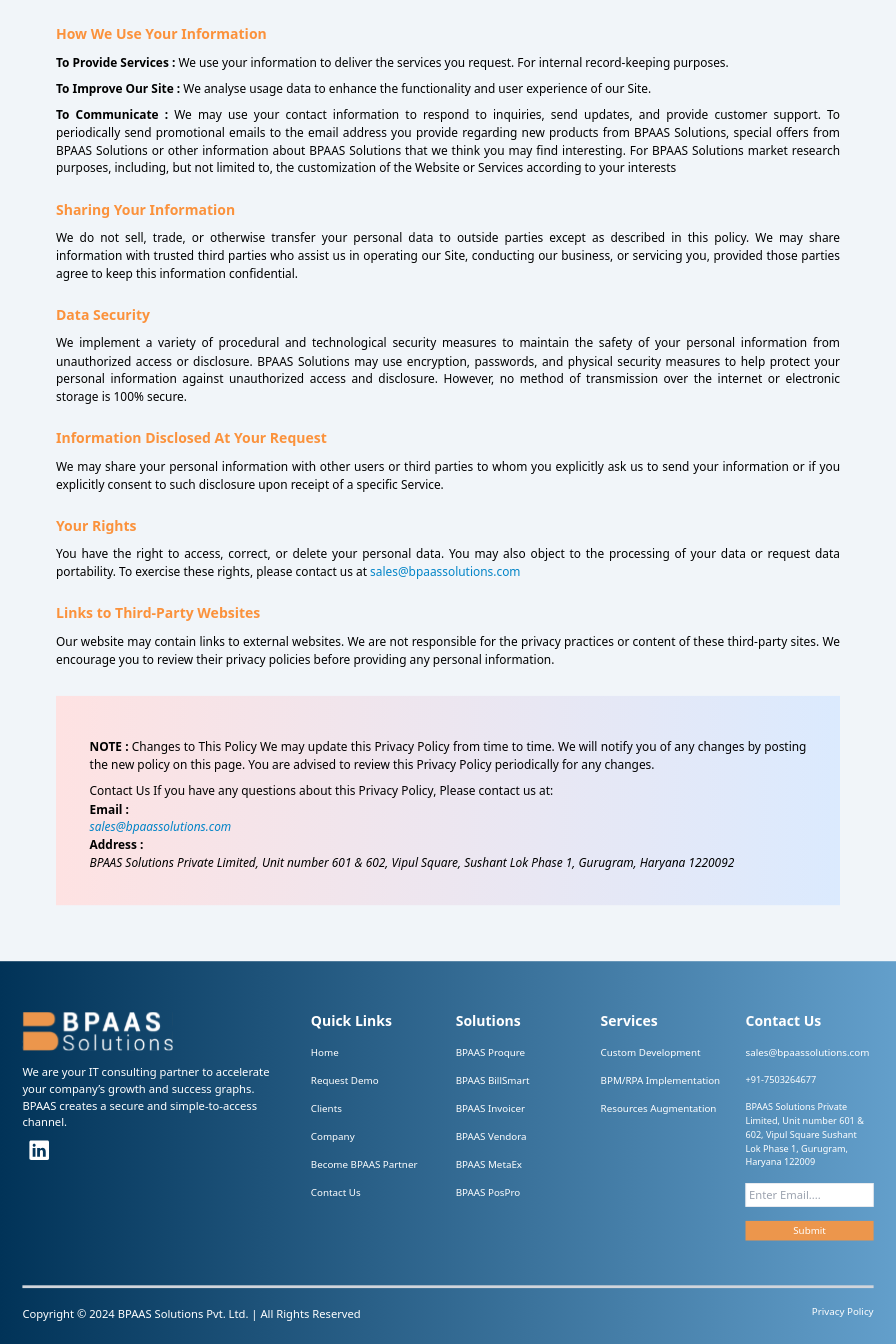
Repository: captainalpha/BP-Website
Page: /services/bp-services
An editor plug-in stored every save of this project. The page is shown before and after the next save, followed by the edit.
The browser window is 1280 px wide. The pictures show the part of the page from y = 1173 to 3093 px (the page is 3093 px tall), at 70% of full size.
The project was rebuilt for these pictures with package versions that can differ from the ones it lists, and the page was loaded fresh each time. The framework's server and built-in components were replaced by stand-ins that run in the browser. Also part of the build but not shown: next.config.js, components/common/TopBanner.js, components/common/SectionHeader.js.

Above is the page before, as saved 2024-08-13 16:24:35.

### pages/_app.js
import Navbar from "../components/common/Navbar";
import "../styles/globals.css";
import Footer from "../components/common/Footer";

import "swiper/css";
import "swiper/css/navigation";
import "swiper/css/pagination";



import { motion, AnimatePresence } from "framer-motion";
import CookiesMain from "../components/common/CookiesMain";

// import styles from './slider.module.scss'
function MyApp({ Component, pageProps, router }) {
  const spring = {
    type: "spring",
    damping: 20,
    stiffness: 100,
    when: "afterChildren",
  };
  return (
    <>
      <div className="z-50 scroll-smooth">
        <Navbar />
      </div>
      <AnimatePresence>
        <div className="page-transition-wrapper">
          <motion.div
            transition={spring}
            key={router.pathname}
            initial={{ y: -300, opacity: 0 }}
            animate={{ y: 0, opacity: 1 }}
            exit={{ y: 300, opacity: 0 }}
            id="page-transition-container"
          >
            <Component {...pageProps} /> <Footer />{" "}
            <CookiesMain/>
          </motion.div>
        </div>
      </AnimatePresence>
    </>
  );
}

export default MyApp;

### pages/services/bp-services.js
import TopBanner from "../../components/common/TopBanner";
import SectionHeader from "../../components/common/SectionHeader";
import TopBanner2 from "../../components/common/TopBanner2";
import Image from "next/image";
import Link from "next/link";

function BpServices() {
  return (
    <div>
      <div className="relative">
        <TopBanner2
          image={"/images/policy-service2.jpg"}
          title="Privacy Policy"
          discription="This Privacy Policy explains how we collect, use, disclose, and safeguard your information when you visit our website."
          btnShow={false}
        />
        <div className="absolute top-[1em] right-[10em]">
          <Image
            src="/images/privacypolicy2.png"
            className="w-1/2 mx-auto"
            width="500"
            height="500"
            alt="customer-developement"
          />
        </div>
      </div>

      <div className=" bg-slate-100  p-[5em]">
        <div className="container mx-auto max-w-6xl">
          <div className="text-left">
            <h1 className="lg:text-4xl text-3xl font-bold capitalize ">
              <span>Privacy</span>{" "}
              <span className="text-[#fb923c]">Statement</span>
            </h1>
          </div>

          <div className="mt-5">
            <p className="text-[17px] text-justify">
              Effective Date: 12th Aug 2024 <br />
              <br /> BPAAS Solutions Pvt. Ltd. (&ldquo;we,&rdquo;
              &ldquo;our,&rdquo; &ldquo;us&rdquo;) is committed to protecting
              your privacy. This Privacy Policy explains how we collect, use,
              disclose, and safeguard your information when you visit our
              website&nbsp;
              <Link passHref href="/">
                <a className="text-sky-600 hover:text-[#fb923c]">
                  bpaassolutions.com
                </a>
              </Link>
              . Please read this policy carefully to understand our views and
              practices regarding your personal data.
            </p>
          </div>

          <div className="mt-[2em]">
            <h1 className="text-[20px] font-bold text-[#fb923c]">
              Information We Collect
            </h1>
            <p className="text-[17px] text-justify mt-3">
              &ldquo;Personal data&rdquo; is defined to include information that
              whether on its own or in combination with other information may be
              used to readily identify or contact you such as: name, address,
              email address, phone number etc.
            </p>
            <p className="text-[17px] text-justify mt-3">
              <b>Personal Data :</b> We may collect personal identification
              information (such as name, email address, phone number) when you
              voluntarily submit it through our Site.
            </p>
            <p className="text-[17px] text-justify mt-3">
              <b>Usage Data :</b> We automatically collect information about
              your interaction with our Site, including IP address, browser
              type, operating system, and pages visited.
            </p>
          </div>

          <div className="mt-[2em]">
            <h1 className="text-[20px] font-bold text-[#fb923c]">
              How We Use Your Information
            </h1>
            <p className="text-[17px] text-justify mt-3">
              <b>To Provide Services :</b> We use your information to deliver
              the services you request. For internal record-keeping purposes.
            </p>
            <p className="text-[17px] text-justify mt-3">
              <b>To Improve Our Site :</b> We analyse usage data to enhance the
              functionality and user experience of our Site.
            </p>
            <p className="text-[17px] text-justify mt-3">
              <b>To Communicate :</b> We may use your contact information to
              respond to inquiries, send updates, and provide customer support.
              To periodically send promotional emails to the email address you
              provide regarding new products from BPAAS Solutions, special
              offers from BPAAS Solutions or other information about BPAAS
              Solutions that we think you may find interesting. For BPAAS
              Solutions market research purposes, including, but not limited to,
              the customization of the Website or Services according to your
              interests
            </p>
          </div>

          <div className="mt-[2em]">
            <h1 className="text-[20px] font-bold text-[#fb923c]">
              Sharing Your Information
            </h1>
            <p className="text-[17px] text-justify mt-3">
              We do not sell, trade, or otherwise transfer your personal data to
              outside parties except as described in this policy. We may share
              information with trusted third parties who assist us in operating
              our Site, conducting our business, or servicing you, provided
              those parties agree to keep this information confidential.
            </p>
          </div>

          <div className="mt-[2em]">
            <h1 className="text-[20px] font-bold text-[#fb923c]">
              Data Security
            </h1>
            <p className="text-[17px] text-justify mt-3">
              We implement a variety of procedural and technological security
              measures to maintain the safety of your personal information from
              unauthorized access or disclosure. BPAAS Solutions may use
              encryption, passwords, and physical security measures to help
              protect your personal information against unauthorized access and
              disclosure. However, no method of transmission over the internet
              or electronic storage is 100% secure.
            </p>
          </div>

          <div className="mt-[2em]">
            <h1 className="text-[20px] font-bold text-[#fb923c]">
              Information Disclosed At Your Request
            </h1>
            <p className="text-[17px] text-justify mt-3">
              We may share your personal information with other users or third
              parties to whom you explicitly ask us to send your information or
              if you explicitly consent to such disclosure upon receipt of a
              specific Service.
            </p>
          </div>

          <div className="mt-[2em]">
            <h1 className="text-[20px] font-bold text-[#fb923c]">
              Your Rights
            </h1>
            <p className="text-[17px] text-justify mt-3">
              You have the right to access, correct, or delete your personal
              data. You may also object to the processing of your data or
              request data portability. To exercise these rights, please contact
              us at&nbsp;
              <a
                className="text-sky-600 hover:text-[#fb923c]"
                href="mailto:sales@bpaassolutions.com"
              >
                sales@bpaassolutions.com
              </a>
            </p>
          </div>

          <div className="mt-[2em]">
            <h1 className="text-[20px] font-bold text-[#fb923c]">
              Links to Third-Party Websites
            </h1>
            <p className="text-[17px] text-justify mt-3">
              Our website may contain links to external websites. We are not
              responsible for the privacy practices or content of these
              third-party sites. We encourage you to review their privacy
              policies before providing any personal information.
            </p>
          </div>

          <div className="mt-[2em]  lg:mt-10 md:mt-10 xl:mt-10 bg-gradient-to-r from-red-100 to-blue-100 p-2 md:p-[3em]">
            <p className="text-[17px] text-justify mt-3">
              <b>NOTE : </b> Changes to This Policy We may update this Privacy
              Policy from time to time. We will notify you of any changes by
              posting the new policy on this page. You are advised to review
              this Privacy Policy periodically for any changes.
            </p>
            <p className="text-[17px] text-justify mt-3">
              Contact Us If you have any questions about this Privacy Policy,
              Please contact us at:
              <br />
              <b>Email : </b>
              <address>
                <a
                  className="text-sky-600 hover:text-[#fb923c]"
                  href="mailto:sales@bpaassolutions.com"
                >
                  sales@bpaassolutions.com
                </a>{" "}
              </address>
              <b>Address :</b>{" "}
              <address>
                BPAAS Solutions Private Limited, Unit number 601 & 602, Vipul
                Square, Sushant Lok Phase 1, Gurugram, Haryana 1220092
              </address>
            </p>
          </div>
        </div>
      </div>
    </div>
  );
}

export default BpServices;

### styles/globals.css
@tailwind base;
@tailwind components;
@tailwind utilities;

.mySwiper {
  padding: 0 3rem;
}
.swiper-button-next {
  color: white;
  font-size: 20px !important;
}
.swiper-button-prev {
  color: white;
  font-size: 20px !important;
}
.swiper-button-prev:after {
  color: white;
  font-size: 20px !important;
}
.swiper-button-next:after {
  color: white;
  font-size: 20px !important;
}
.container-bpaas{
  max-width: 1100px;
}

/* .swiper-button-prev {

  background-image: url("data:[embedded picture, 251 characters]");
} */
.swiper-button-prev:after {

  border: 2px solid white;
  border-radius: 30%;
  /* width: 25%; */
  background: #ec964c;
  padding: 20%;
}
/* .swiper-button-next {
  background-image: url("data:[embedded picture, 251 characters]");
} */
.swiper-button-next:after {

  border: 2px solid white;
  border-radius: 30%;
  /* width: 25%; */
  background: #ec964c;
  padding: 20%;
}

@media only screen and (max-width: 600px) {
  .swiper-button-next:after {
    display: none;
  }
}
@media only screen and (max-width: 600px) {
  .swiper-button-prev:after {
    display: none;
  }
}




/*OEM Modal */
@layer utilities {
  @keyframes modalOpen {
    0% {
      clip-path: polygon(0 0, 0 0, 0 100%, 0 100%);
      opacity: 0;
    }
    100% {
      clip-path: polygon(0 0, 100% 0, 100% 100%, 0 100%);
      opacity: 1;
    }
  }

  @keyframes modalClose {
    0% {
      clip-path: polygon(0 0, 100% 0, 100% 100%, 0 100%);
      opacity: 1;
    }
    100% {
      clip-path: polygon(50% 0, 50% 0, 50% 100%, 50% 100%);
      opacity: 0;
    }
  }

  .animate-modalOpen {
    animation: modalOpen 0.5s forwards;
  }

  .animate-modalClose {
    animation: modalClose 0.5s forwards;
  }

  .custom-aspect-ratio {
    box-shadow: rgba(149, 157, 165, 0.2) 0px 8px 24px;
    aspect-ratio: 3 / 2;
  }
}

### components/common/CookiesMain.js
import { useState, useEffect } from 'react';
import Cookies from 'js-cookie';


const CookiesMain = () => {
    const [showBanner, setShowBanner] = useState(false);

  useEffect(() => {
    const consent = Cookies.get('cookie-consent');
    if (!consent) {
      setShowBanner(true);
    }
  }, []);

  const acceptCookies = () => {
    Cookies.set('cookie-consent', 'true', { expires: 365 });
    setShowBanner(false);
  };

  if (!showBanner) return null;
  return (
    <>

    <div className="fixed bottom-0 left-0 right-0 bg-gray-800 text-white p-4 flex justify-between items-center z-50">
      <span>We use cookies to improve your experience. By using our website, you agree to our cookie policy.</span>
      <button
        onClick={acceptCookies}
        className="bg-orange text-white px-4 md:px-10 py-2"
      >
        Accept
      </button>
    </div>

    </>
  )
}
export default CookiesMain

### components/common/TopBanner2.js
import Link from "next/link";
function TopBanner2({ image, title, discription, onClick,btnShow}) {
  return (
    <div
      style={{ backgroundImage: `url(${image})` }}
      className={`lg:h-[80vh] h-[60vh] mt-20 w-full text-white flex p-10 items-center bg-no-repeat bg-cover `}
    >
      <div className="space-y-4 lg:w-1/2  md:text-left">
        <h1 className="lg:text-5xl text-3xl font-bold capitalize ">{title}</h1>
        <p className="w-full lg:text-xl lg:text-justify tracking-tighter">
          {discription}
        </p>
    {btnShow&&(
        <Link passHref href="/request-demo">
          <button className="px-8 py-2  border-white border-2 hover:bg-orange font-medium text-xl">
            Request Demo
          </button>
        </Link>
    )}
      </div>
    </div>
  );
}

export default TopBanner2;

### tailwind.config.js
module.exports = {
  content: [
    "./pages/**/*.{js,ts,jsx,tsx}",
    "./components/**/*.{js,ts,jsx,tsx}",
  ],
  theme: {
    extend: {
      keyframes: {
        modalOpen: {
          '0%': { transform: 'scale(0)', opacity: 0 },
          '100%': { transform: 'scale(1)', opacity: 1 },
        },
        modalClose: {
          '0%': { transform: 'scale(1)', opacity: 1 },

        },
        fragmentIn: {
          '0%': { opacity: 0, transform: 'translate(-50px, -50px)' },
          '100%': { opacity: 1, transform: 'translate(0, 0)' },
        },
        fragmentOut: {
          '0%': { opacity: 1, transform: 'translate(0, 0)' },
          '100%': { opacity: 0, transform: 'translate(50px, 50px)' },
        },

      },
      animation: {
        modalOpen: 'modalOpen 0.5s ease-out forwards',
        modalClose: 'modalClose 0.5s ease-in forwards',
        fragmentIn: 'fragmentIn 0.5s ease-out forwards',
        fragmentOut: 'fragmentOut 0.5s ease-in forwards',
      },
      backgroundImage: {
        "testimonial-bg": "url('/img/hero-pattern.svg')",
        "testimonial-bgs": "url('/')",
      },
      colors: {
        primary: "#013358",
        secondary: "#639FCB",
        primaryText: "#1D669C",
        orange: "#EC964C",
        glassEffect:
          "linear-gradient(105.47deg, #FFFFFF -13.63%, rgba(255, 255, 255, 0) 108.8%)",
      },
      backgroundSize: {
        "size-200": "200% 200%",
      },
      backgroundPosition: {
        "pos-0": "0% 0%",
        "pos-100": "100% 100%",
      },
    },
    variants: {
      fill: ["hover", "focus"],
    },
    boxShadow: {
      "3xl": "0 35px 60px -15px rgba(0, 0, 0, 0.3)",
    },
  },
  plugins: [],
};

Loaded but not shown: components/common/Navbar.js (726 lines, source omitted); components/common/Footer.js (194 lines, source omitted)

After the next save:
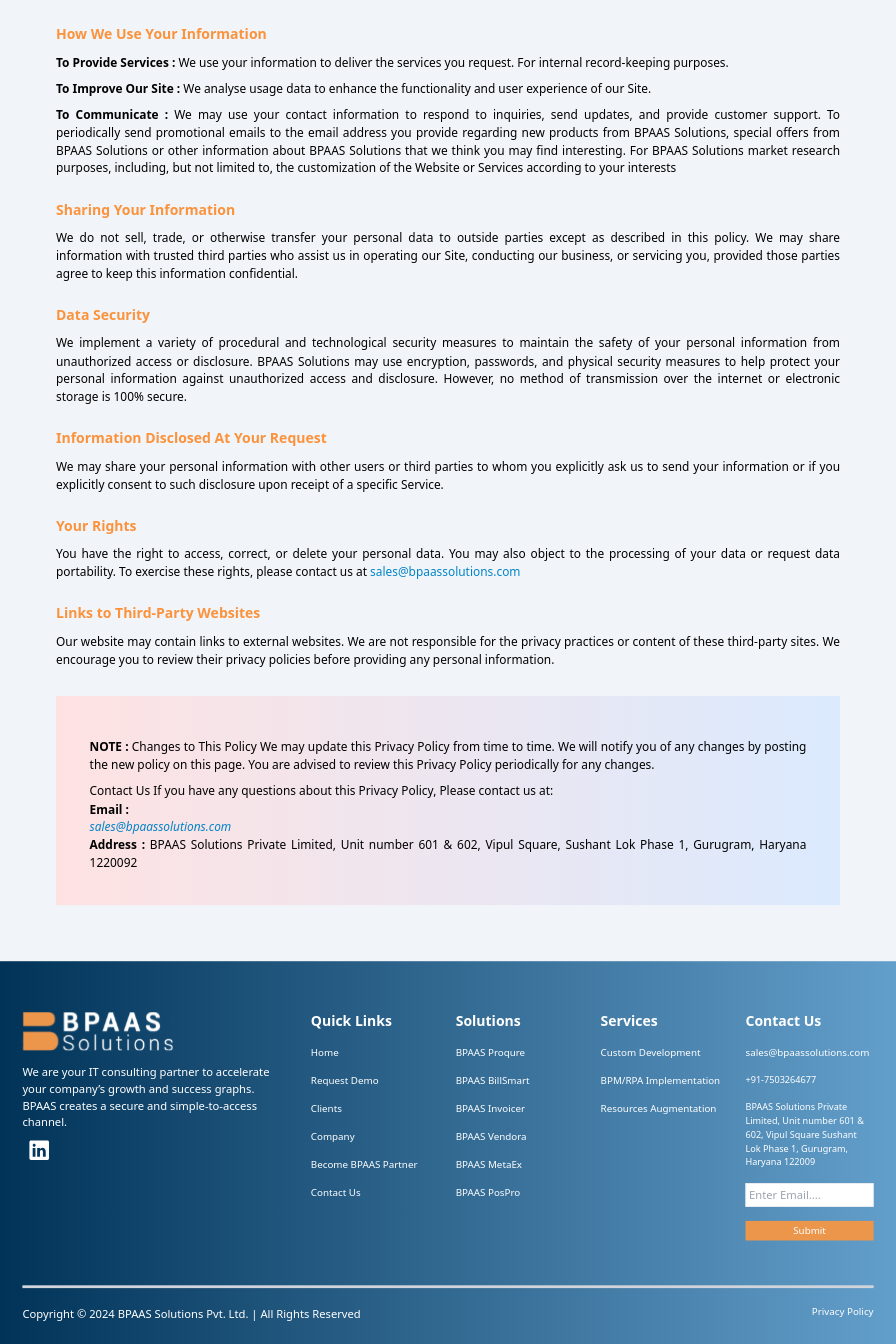
Saved 44 s later.
--- a/pages/services/bp-services.js
+++ b/pages/services/bp-services.js
@@ -190,10 +190,8 @@
                 </a>{" "}
               </address>
               <b>Address :</b>{" "}
-              <address>
                 BPAAS Solutions Private Limited, Unit number 601 & 602, Vipul
                 Square, Sushant Lok Phase 1, Gurugram, Haryana 1220092
-              </address>
             </p>
           </div>
         </div>
